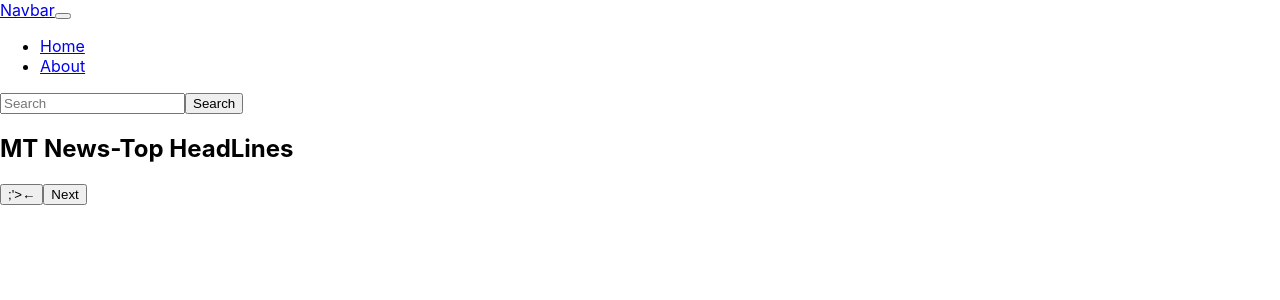
Repository: professorsourabh/news_website_using-ReactJS
Page: /
The author's editor kept a copy of each file at every save. The page is drawn from the files as they stood at one save, then again after the next save.
The browser window is 1280 px wide. The pictures show the whole page.
The page's requests for data from a server got no answer. The project was rebuilt for these pictures with package versions that can differ from the ones it lists, and the page was loaded fresh each time. No one was signed in, and anything a server would have sent is missing. Also part of the build but not shown: src/App.css, src/Components/NewsaItem.js.

Above is the page before, as saved 2023-05-14 10:38:05.

### src/App.js
import './App.css';

import React, { Component } from 'react'
import NavBar from './Components/NavBar';
import News from './Components/News';
export default class App extends Component {

  render() {
    return (
      <div>
        <NavBar/>
        <News/>
      </div>
    )
  }
}

### src/Components/NavBar.js
import React, { Component } from 'react'
// import PropTypes from 'prop-types'

export class NavBar extends Component {


  render() {
    return (
      <div>
        <nav className="navbar navbar-expand-lg bg-body-tertiary">
  <div className="container-fluid">
    <a className="navbar-brand" href="/">Navbar</a>
    <button className="navbar-toggler" type="button" data-bs-toggle="collapse" data-bs-target="/navbarSupportedContent" aria-controls="navbarSupportedContent" aria-expanded="false" aria-label="Toggle navigation">
      <span className="navbar-toggler-icon"></span>
    </button>
    <div className="collapse navbar-collapse" id="navbarSupportedContent">
      <ul className="navbar-nav me-auto mb-2 mb-lg-0">
        <li className="nav-item">
          <a className="nav-link active" aria-current="page" href="/">Home</a>
        </li>
        <li className="nav-item">
          <a className="nav-link active" aria-current="page" href="/">About</a>
        </li>

      </ul>
      <form className="d-flex" role="search">
        <input className="form-control me-2" type="search" placeholder="Search" aria-label="Search"/>
        <button className="btn btn-outline-success" type="submit">Search</button>
      </form>
    </div>
  </div>
</nav>

      </div>
    )
  }
}

export default NavBar

### src/Components/News.js
import React, { Component } from 'react'
import NewsaItem from './NewsaItem';

export class News extends Component {

    constructor(){
        super();
        this.state={
          articles:[],
            loading: false,
            page:1
        }

    }
   async componentDidMount(){

      let url="https://newsapi.org/v2/top-headlines?country=in&category=business&apiKey=6de024851937497c9017d3f0f0e104a4";
      let data=await fetch(url);
      let parsedData=await data.json();
      console.log(parsedData);
      this.setState({articles: parsedData.articles})

    }
  render() {
    return (
      <div className='container my-3'>
        <h2>MT News-Top HeadLines</h2>
        <div className="row">
        {this.state.articles.map((element)=>{

        return   <div className="col-md-4" key={element.url}>
         <NewsaItem title={element.title?element.title.slice(0,45):""} discription={element.description?element.description.slice(0,88):""} imageUrl={element.urlToImage?element.urlToImage:"https://img.etimg.com/thumb/msid-100188906,width-1070,height-580,imgsize-113958,overlay-etmarkets/photo.jpg"} newsUrl={element.url}></NewsaItem>
         </div>
        })}
        </div>
        <div className="container d-flex justify-content-between">
          <button type='button' className='btn btn-info my-2 mx-2'>;'>&#8592;</button>

          <button type='button' className='btn btn-info my-2 mx-2'>Next</button>
        </div>


      </div>
    )
  }
}

export default News

Loaded but not shown: src/index.js (common file); src/index.css (common file); src/reportWebVitals.js (common file)

After the next save:
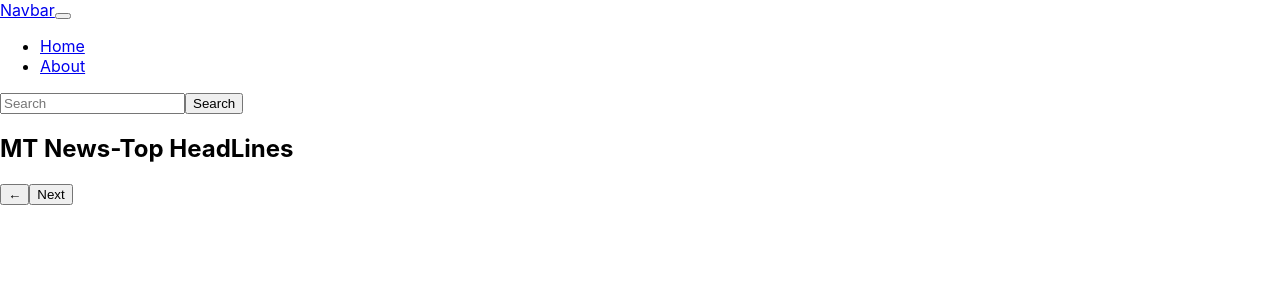
Saved 6 s later.
--- a/src/Components/News.js
+++ b/src/Components/News.js
@@ -34,7 +34,7 @@
         })}
         </div>
         <div className="container d-flex justify-content-between">
-          <button type='button' className='btn btn-info my-2 mx-2'>;'>&#8592;</button>
+          <button type='button' className='btn btn-info my-2 mx-2'>&#8592;</button>
 
           <button type='button' className='btn btn-info my-2 mx-2'>Next</button>
         </div>
